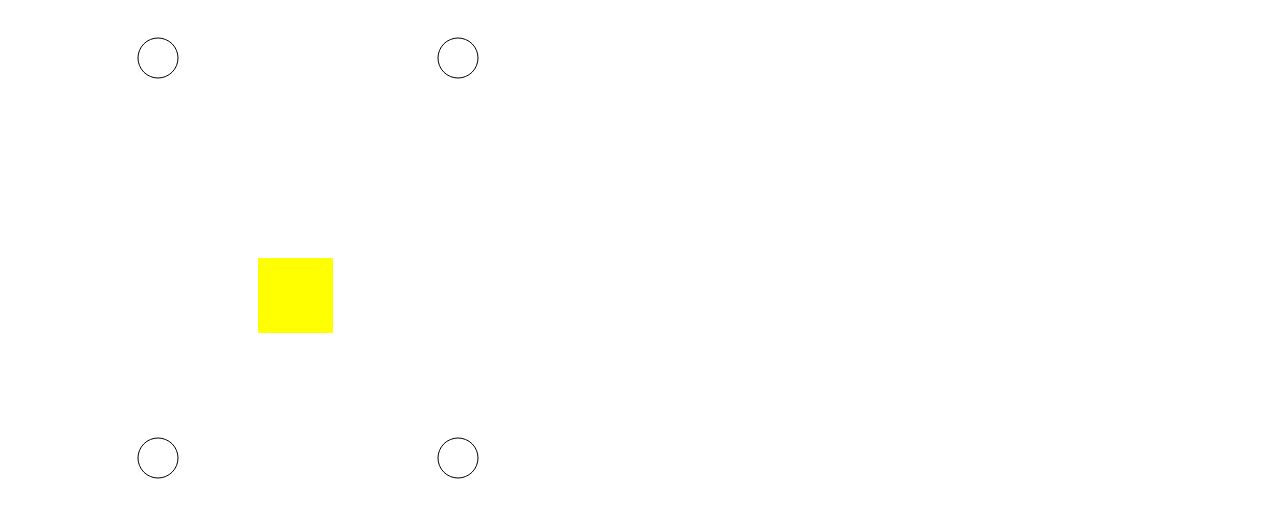
Repository: facio313/Python
Page: HELLO_PYTHON/day17/templates/canvas.html
The author's editor kept a copy of each file at every save. The page is drawn from the files as they stood at one save, then again after the next save.
The browser window is 1280 px wide. The pictures show the whole page.

Above is the page before, as saved 2022-12-15 10:38:30.

After the next save:
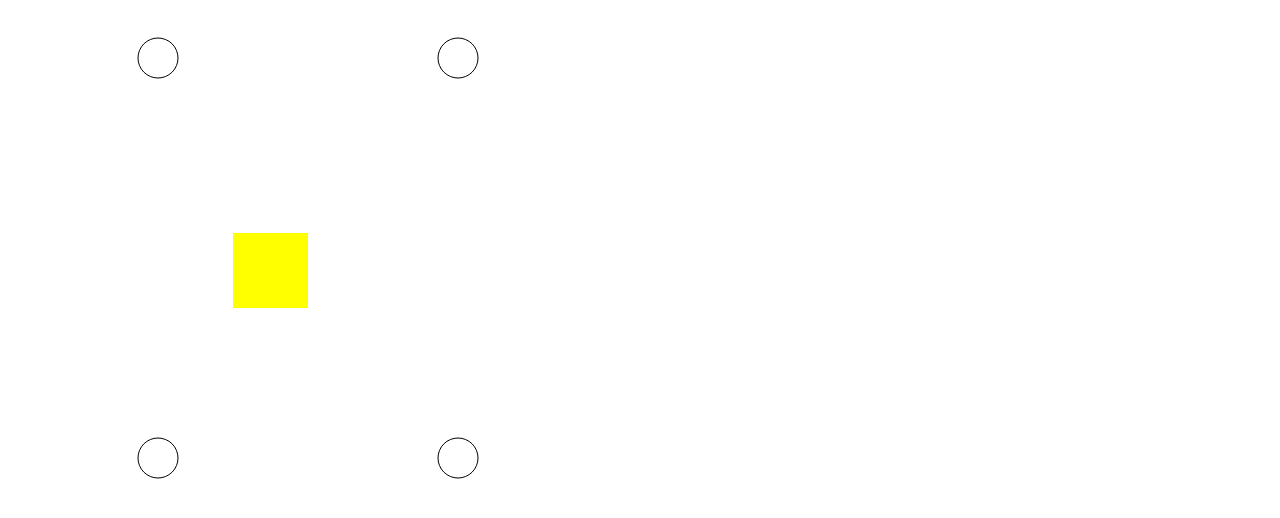
Saved 10 s later.
--- a/HELLO_PYTHON/day17/templates/canvas.html
+++ b/HELLO_PYTHON/day17/templates/canvas.html
@@ -27,7 +27,7 @@ function loader(){
 	ctx.stroke();
 
 	ctx.fillStyle = "rgba(255, 255, 0, 1)";
-	ctx.fillRect (250, 250, 75, 75);
+	ctx.fillRect (225, 225, 75, 75);
 }
 </script>
 
